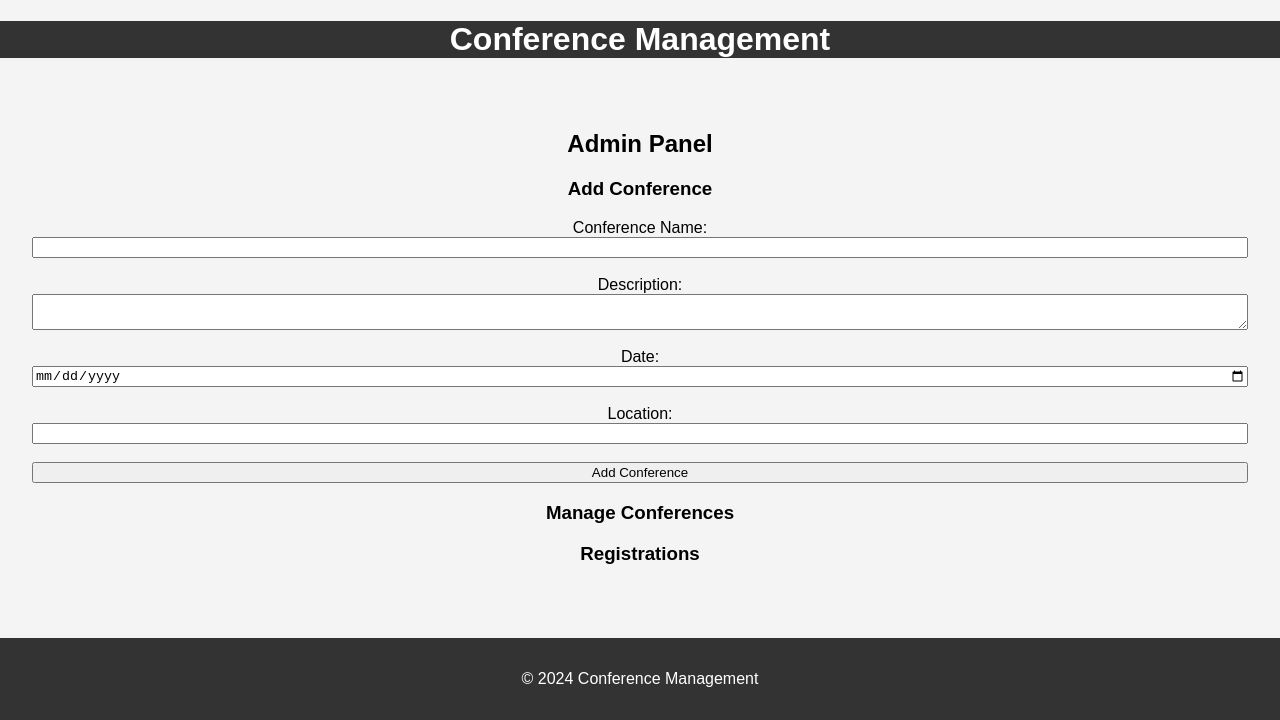
Repository: AMIT1439027/conferenceapp
Page: http://localhost/admin/admin.php
An editor plug-in stored every save of this project. The page is shown before and after the next save, followed by the edit.
The browser window is 1280 px wide. The pictures show the whole page.
The page is run by PHP 8.4 with error messages shown; the project is at /var/www/html/. Queries for data that is not in the repository find no rows.

Above is the page before, as saved 2024-05-29 14:26:58.

After the next save:
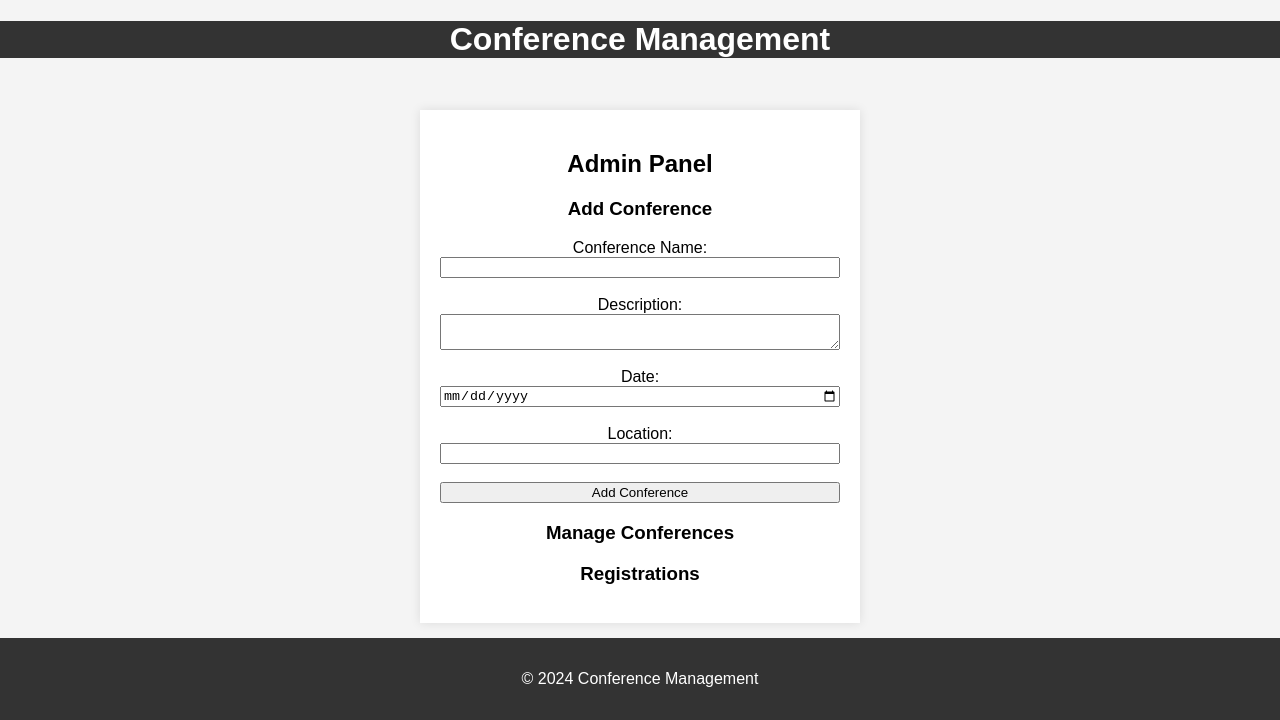
Saved 16 s later.
--- a/admin/admin.php
+++ b/admin/admin.php
@@ -62,7 +62,7 @@ $registrations = $stmt_registrations->fetchAll();
         </nav> -->
     </header>
     <main>
-
+    <div class="form-container">
         <h2>Admin Panel</h2>
 
         <!-- Add Conference Form -->
